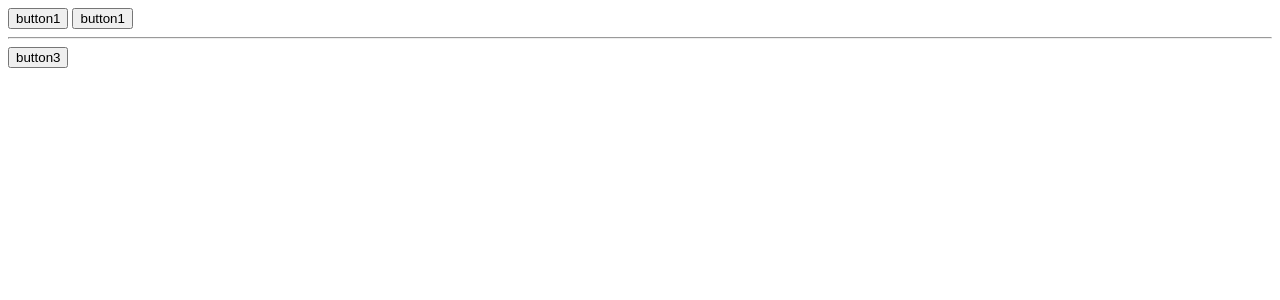
Repository: hangilyon/allJSPStudy
Page: javascript/ex16.html
An editor plug-in stored every save of this project. The page is shown before and after the next save, followed by the edit.
The browser window is 1280 px wide. The pictures show the whole page.

Above is the page before, as saved 2021-10-15 11:38:07.

### javascript/ex16.html
<!DOCTYPE html>
<html>
<head>
<meta charset="UTF-8">
<title>ex16</title>
<script type="text/javascript">
	function init(){
		var t1 = document.getElementById('target1')
		var t2 = document.getElementById('target2')
		t1.addEventListener('click',btn_listener)
		t2.addEventListener('click',btn_listener)
	}
	function btn_listener(){
		console.log(event)
		console.log(event.target)
		switch(event.target.id){
		case "target1" : alert('11111'); break;
		case "target2" : alert('22222'); break;
		}
	}
	function test(){
		alert(event.target.id)
	}
</script>
</head>
<body onload="init()">
	<button type="button" id="target1">button1</button>
	<button type="button" id="target2">button1</button>
	<hr>
	<button type="button" id="target3" onclick="test()">button3</button>
</body>
</html>

After the next save:
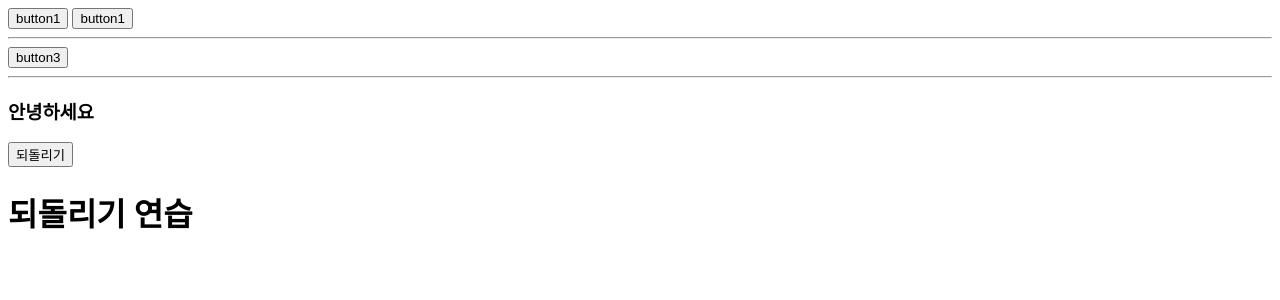
Saved 3 min 24 s later.
--- a/javascript/ex16.html
+++ b/javascript/ex16.html
@@ -28,5 +28,13 @@
 	<button type="button" id="target2">button1</button>
 	<hr>
 	<button type="button" id="target3" onclick="test()">button3</button>
+	<hr>
+	<div id="remover">
+		<h3>안녕하세요</h3>
+		<input type="button" value="되돌리기" onclick="blockRM()">
+	</div>
+	<div>
+		<h1>되돌리기 연습</h1>
+	</div>
 </body>
 </html>
